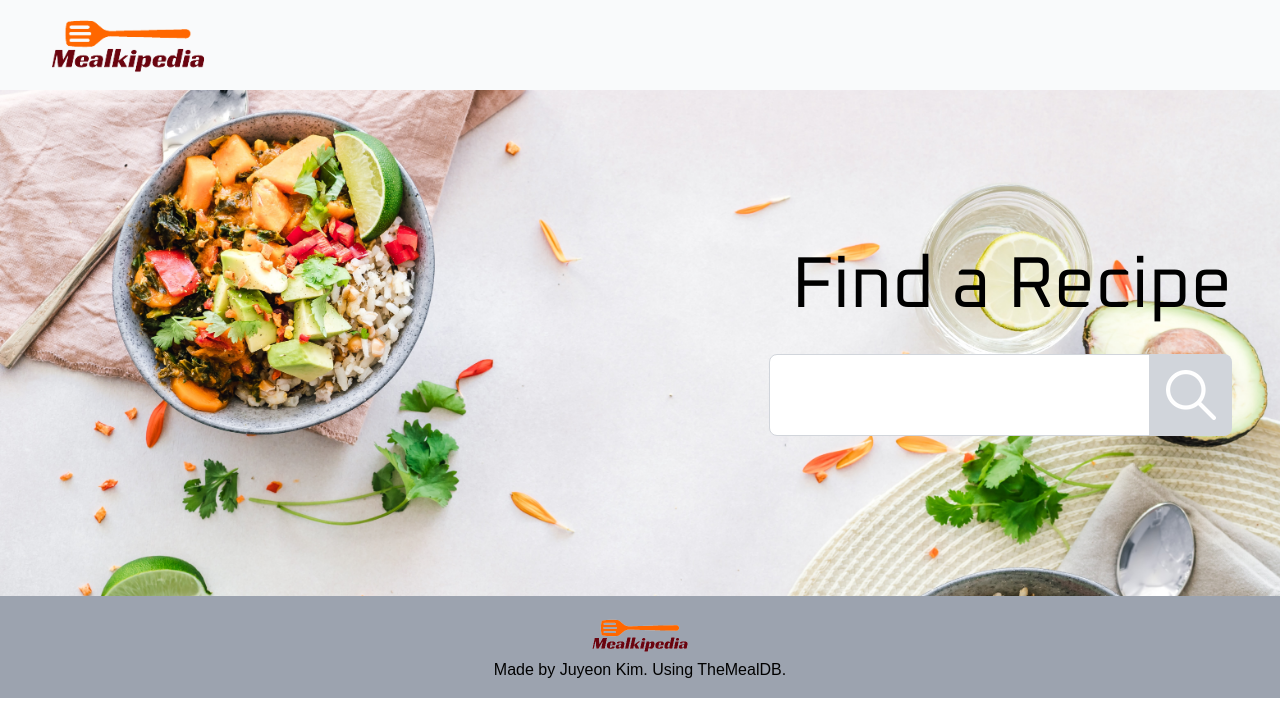
Repository: Jay-JYKim91/grj_mealkipedia
Page: /
An editor plug-in stored every save of this project. The page is shown before and after the next save, followed by the edit.
The browser window is 1280 px wide. The pictures show the whole page.
Some web fonts or font styles are not loaded; a fallback is used. The project was rebuilt for these pictures with package versions that can differ from the ones it lists, and the page was loaded fresh each time. Also part of the build but not shown: src/pages/recipe/recipe.tsx, src/pages/search/search.tsx.

Above is the page before, as saved 2022-06-21 15:44:55.

### public/index.html
<!DOCTYPE html>
<html lang="en">
  <head>
    <meta charset="utf-8" />
    <link rel="icon" href="%PUBLIC_URL%/favicon.ico" />
    <link rel="preconnect" href="https://fonts.googleapis.com">
    <link rel="preconnect" href="https://fonts.gstatic.com" crossorigin>
    <link href="https://fonts.googleapis.com/css2?family=Biryani:wght@300;400&family=Oxanium:wght@300;400;500&family=Racing+Sans+One&display=swap" rel="stylesheet">
    <meta name="viewport" content="width=device-width, initial-scale=1" />
    <meta name="theme-color" content="#000000" />
    <meta
      name="description"
      content="Web site created using create-react-app"
    />
    <title>Mealkipedia</title>
  </head>
  <body>
    <div id="root"></div>
  </body>
</html>

### src/index.tsx
import React from 'react';
import ReactDOM from 'react-dom/client';
import './index.css';
import App from './app';
import { BrowserRouter } from 'react-router-dom';

const root = ReactDOM.createRoot(
  document.getElementById('root') as HTMLElement
);

root.render(
  <React.StrictMode>
    <BrowserRouter>
      <App />
    </BrowserRouter>
  </React.StrictMode>
);

### src/App.tsx
import React from 'react';
import { Route, Routes } from 'react-router-dom';
import Footer from './component/footer/footer';
import Header from './component/header/header';
import Home from './pages/home/home';
import Recipe from './pages/recipe/recipe';
import Search from './pages/search/search';

const App: React.FC = () => {

  return (
    <>
      <Header />
      <main>
        <Routes>
          <Route path='/' element={
            <Home />
          } />
          <Route path='search' element={
            <Search />
          } />
          <Route path='recipe' element={
            <Recipe />
          } />
        </Routes>
      </main>
      <Footer />
    </>
  );
}

export default App;

### src/component/footer/footer.tsx
import React from 'react';

const Footer = () => {
    console.log(React);

    return (
        <footer className="flex flex-col items-center justify-center px-12 py-4 bg-gray-400">
            <img src="/logo.png" alt="logo" width="100" />
            <p className="font-body2_font">Made by Juyeon Kim. Using TheMealDB.</p>
        </footer>
    )
};

export default Footer;

### src/component/header/header.tsx
import React from 'react';

const Header = () => {
    console.log(React);

    return (
        <header className="px-12 py-2 shadow-md bg-gray-50">
            <img src='/logo.png' alt="logo" width="160" />
        </header>
    )
}

export default Header;

### src/pages/home/home.tsx
import React from 'react';

const Home: React.FC = () => {

    return (
        <section className="px-12 py-40 bg-cover bg-[url('images/main_background.jpg')] text-right">
            <h1 className="font-body1_font text-7xl mb-8">Find a Recipe</h1>
            <div className="flex justify-end">
                <input type="search" className="p-4 text-3xl font-body1_font rounded-l-lg border border-gray-300" />
                <button className="p-4 bg-gray-300 rounded-r-lg">
                    <img src="./search.png" alt="search" />
                </button>
            </div>
        </section>

    )
};

export default Home;

### tailwind.config.js
/** @type {import('tailwindcss').Config} */
module.exports = {
  content: [
    "./src/**/*.{js,jsx,ts,tsx}",
  ],
  darkMode: false, // or 'media' or 'class'
  theme: {
    extend: {
      fontFamily: {
        'heading_font': ['Racing Sans One', 'cursive'],
        'body1_font': ['Oxanium', 'cursive'],
        'body2_font': ['Biryani', 'sans-serif']
      }
    },
  },
  plugins: [],
}

Loaded but not shown: src/index.css (common file)

After the next save:
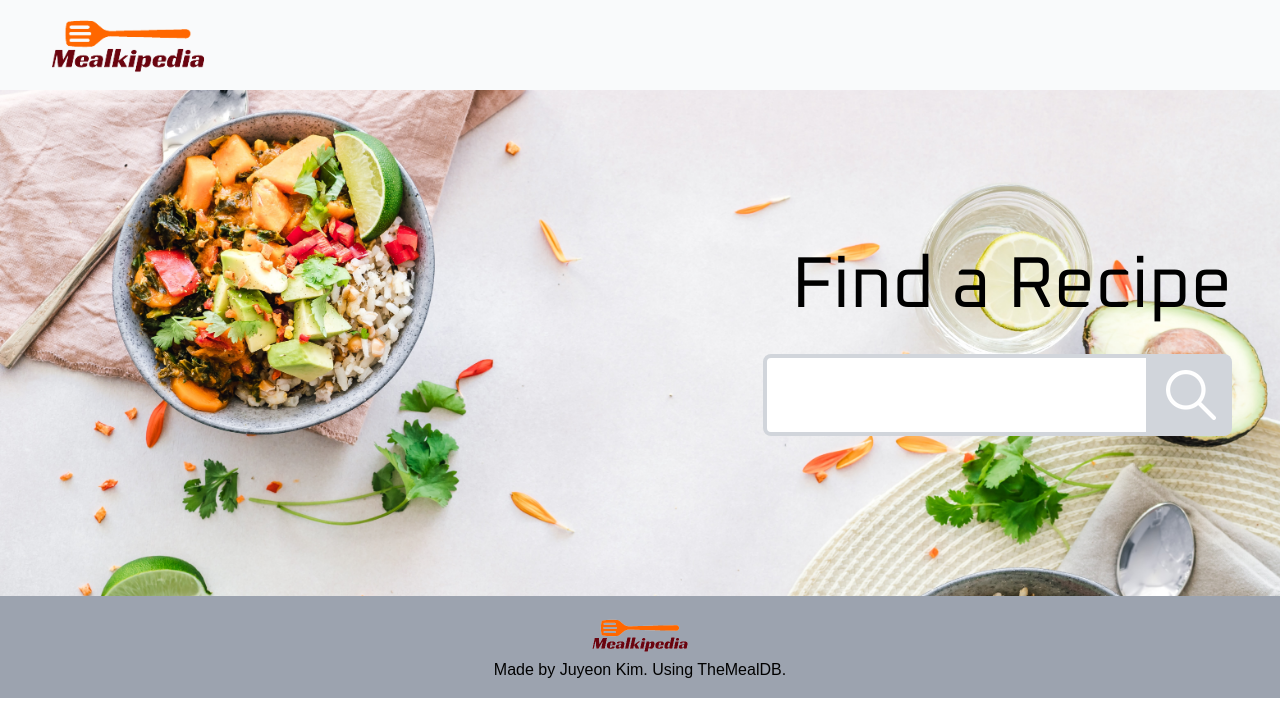
Saved 22 s later.
--- a/src/pages/home/home.tsx
+++ b/src/pages/home/home.tsx
@@ -6,7 +6,7 @@ const Home: React.FC = () => {
         <section className="px-12 py-40 bg-cover bg-[url('images/main_background.jpg')] text-right">
             <h1 className="font-body1_font text-7xl mb-8">Find a Recipe</h1>
             <div className="flex justify-end">
-                <input type="search" className="p-4 text-3xl font-body1_font rounded-l-lg border border-gray-300" />
+                <input type="search" className="p-4 text-3xl font-body1_font rounded-l-lg border border-gray-300 border-4" />
                 <button className="p-4 bg-gray-300 rounded-r-lg">
                     <img src="./search.png" alt="search" />
                 </button>
